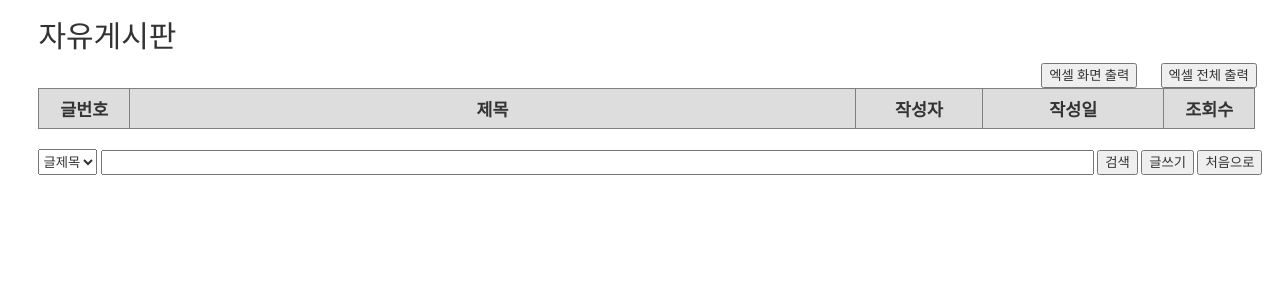
Repository: sser98/bowtech
Page: http://localhost/Board/WEB-INF/views/tiles1/board/list.jsp
An editor plug-in stored every save of this project. The page is shown before and after a run of saves, followed by the edit.
The browser window is 1280 px wide. The pictures show the whole page.
The page is served by Tomcat 9. Nobody is signed in. Other server files are loaded and not shown. The template is opened directly, without the code that normally fills it, so the values that code supplies are empty.

Above is the page before, as saved 2021-03-09 07:05:48.

### Board/src/main/webapp/WEB-INF/views/tiles1/board/list.jsp
<%@ page language="java" contentType="text/html; charset=UTF-8"
    pageEncoding="UTF-8"%>

<%@ taglib prefix="c" uri="http://java.sun.com/jsp/jstl/core" %>
<%@ taglib prefix="fmt" uri="http://java.sun.com/jstl/fmt" %>
<%@ taglib prefix="fn" uri="http://java.sun.com/jsp/jstl/functions" %>
<% String ctxPath = request.getContextPath(); %>

  <script src="https://ajax.googleapis.com/ajax/libs/jquery/3.5.1/jquery.min.js"></script>
  <script src="https://maxcdn.bootstrapcdn.com/bootstrap/3.4.1/js/bootstrap.min.js"></script>
  <link rel="stylesheet" href="https://maxcdn.bootstrapcdn.com/bootstrap/3.4.1/css/bootstrap.min.css">

<style type="text/css">

	* {
		font-family: "제주고딕";
		font-size: 10pt;
	}

	th {
		font-size: 13pt;
	}

	td {
		font-family: "제주고딕";
		font-size: 10pt;
	}

   table, th, td {border: solid 1px gray;}


    #table {width: 98%; border-collapse: collapse;}
    #table th, #table td {padding: 5px;}
    #table th {background-color: #DDD;}
    .subjectStyle {font-weight: bold;
                   color: navy;
                   cursor: pointer;}


    #searchWord {
    	width: 80%;
    }

    tr {
    	height: 30pt;
    }

    div#mycontent {
	    min-height: 600px;
	    padding-top: 20px;
    }

</style>

<script type="text/javascript">

   $(document).ready(function(){


      $("span.subject").bind("mouseover", function(event){
         var $target = $(event.target);
         $target.addClass("subjectStyle");

      });


      $("span.subject").bind("mouseout", function(event){
         var $target = $(event.target);
         $target.removeClass("subjectStyle");
      });


      $("input#searchWord").keyup(function(event){
         if(event.keyCode == 13) {
            // 엔터를 했을 경우
            goSearch();
         }

      });

      $("div#displayList").hide();

     // === #107. 검색어 입력시 자동글 완성하기 2 === //
      $("div#displayList").hide();
      $("input#searchWord").keyup(function(){

         var wordLength = $(this).val().length;
         // 검색어의 길이를 알아온다.

         if(wordLength == 0) {
            $("div#displayList").hide();
            // 검색어 입력후 백스페이스키를 눌러서 검색어를 모두 지우면 검색된 내용이 안 나오도록 해야 한다.
         }

         else {
            $.ajax({
               url:"<%= request.getContextPath()%>/wordSearchShow.action",
               type:"GET",
               data:{"searchType":$("select#searchType").val()
                   ,"searchWord":$("input#searchWord").val()},
               dataType:"JSON",
               success:function(json){
                  // === #112. 검색어 입력시 자동글 완성하기 7 === //
                  if(json.length > 0) {
                     // 검색된 데이터가 있는 경우임.

                     var html = "";

                     $.each(json, function(index, item){
                        var word = item.word;
                        var index = word.toLowerCase().indexOf($("input#searchWord").val().toLowerCase());
                        var len = $("input#searchWord").val().length;
                        var result = "<span style='color:blue;'>"+word.substr(0, index)+"</span><span style='color:red;'>"+word.substr(index, len)+"</span><span style='color:blue;'>"+word.substr(index+len)+"</span>";
                        html += "<span style='cursor:pointer;' class='result'>"+result+"</span><br>";
                     });

                     $("div#displayList").html(html);
                     $("div#displayList").show();

                  }
               },

               error: function(request, status, error){
                  alert("code: "+request.status+"\n"+"message: "+request.responseText+"\n"+"error: "+error);
                }
            });
         }

      });// end of $("input#searchWord").keyup()-----------------


     // === #113. 검색어 입력시 자동글 완성하기 8 === //
      $(document).on("click",".result",function(){
         var word = $(this).text();
         $("input#searchWord").val(word); // 텍스트박스에 검색된 결과의 문자열을 입력해준다.
         $("div#displayList").hide();
         goSearch();
      });



      // 검색시 검색조건 및 검색어 값 유지시키기
      if( ${not empty paraMap} ) {  // 또는 if( ${paraMap != null} ) {
         $("select#searchType").val("${paraMap.searchType}");
         $("input#searchWord").val("${paraMap.searchWord}");
      }




	   ///// === Excel 파일로 다운받기 시작 === /////
	   $("button#btnAllExcel").click(function(){


		   alert("AllExcel을 클릭 하였습니다.");
		   var frm = document.searchFrm;
		   frm.method = "POST";
		   frm.action = "<%= request.getContextPath()%>/downloadExcelFile.action";
		   frm.submit();
	   });

	   ///// === Excel 파일로 다운받기 끝 === /////

	   ///// === Excel 파일로 다운받기 시작 === /////
	   $("button#btnPageExcel").click(function(){

		   $("input#downLoadType").val("Y");
		   alert("PageExcel을 클릭 하였습니다.");
		   var frm = document.searchFrm;
		   frm.method = "POST";
		   frm.action = "<%= request.getContextPath()%>/downloadExcelFile.action";
		   frm.submit();

		   $("input#downLoadType").val("");
	   });

	   ///// === Excel 파일로 다운받기 끝 === /////

   });// end of $(document).ready(function(){})-------------------


   function goView(seq) {

      // === #124. 페이징 처리되어진 후 특정 글제목을 클릭하여 상세내용을 본 이후
      //           사용자가 목록보기 버튼을 클릭했을때 돌아갈 페이지를 알려주기 위해
      //           현재 페이지 주소를 뷰단으로 넘겨준다.
      var frm = document.goViewFrm;
      frm.seq.value = seq;

      var word=$("input#searchWord").val();
      var type=$("select#searchType").val();

      $("input[name=type]").val(type);
      $("input[name=word]").val(word);

      frm.method = "GET";
      frm.action = "<%= ctxPath%>/view.action";
      frm.submit();

   }// end of function goView(seq){}----------------------------------------------


   function goSearch() {
      var frm = document.searchFrm;
      frm.method = "GET";
      frm.action = "<%= request.getContextPath()%>/list.action";
      frm.submit();
   }// end of function goSearch() {}-----------------------


   function Write() {

	   location.href="<%=ctxPath%>/add.action";
   }


   function list() {

	   location.href="<%=ctxPath%>/list.action";
   }








</script>


<div style="padding-left: 3%;">
   <h2 style="margin-top: 20px;">자유게시판</h2>
   	<button id="btnAllExcel" style="float: right; margin-right: 17.4pt;">엑셀 전체 출력</button>
   	<button id="btnPageExcel" style="float: right; margin-right: 17.4pt;">엑셀 화면 출력</button>
   <table id="table">

      <tr>
         <th class="number" style="width: 50px;  text-align: center;">글번호</th>
         <th class="title"  style="width: 400px; text-align: center;">제목</th>
         <th class="author" style="width: 70px;  text-align: center;">작성자</th>
         <th class="registerdate" style="width: 100px; text-align: center;">작성일</th>
         <th class="viewcount" style="width: 50px;  text-align: center;">조회수</th>
      </tr>



      <c:forEach var="boardvo" items="${boardList}" varStatus="i">

	      <c:set var="subjectVal" value="${boardvo.subject}"/>
	      <c:set var="date" value="${boardvo.regDate}"/>
	      <c:set var="status" value="${boardvo.status}"/>
	      <c:set var="m" value="${i.index}"/>
	      <c:set var="num" value="${number-m}"/>

        <%-- === 글이 삭제된 경우 === --%>
        <c:choose>
	        <c:when test="${boardvo.status == 0}">
	        	<tr>
            	<td align="center">${num}</td>
	          	<td align="left">

	               <%-- 답변글이 아닌 원글인 경우 --%>
	               <c:if test="${boardvo.depthno == 0}">
							<span class="subject" style="color: gray;">작성자에 의해 삭제된 글입니다.</span>
	               </c:if>

	               <%-- 답변글인 경우 --%>
	               <c:if test="${boardvo.depthno > 0}">
	                  <span class="subject" style="color: gray;"><span style=" font-style: italic; padding-left: ${boardvo.depthno * 20}px;">└Re&nbsp;</span>작성자에 의해 삭제된 글입니다.</span>
	               </c:if>
	            </td>

	             <%-- === 댓글쓰기 및 답변형 및 파일첨부가 있는 게시판 끝 === --%>
			     <td align="center"><c:out value="${boardvo.name}"></c:out></td>
			     <td align="center">${fn:substring(date,0,10)}</td>
			     <td align="center">${boardvo.readCount}</td>
			  </tr>
	      	 </c:when>

	      	 <c:otherwise>
	      		<tr>
            	<td align="center">${num}</td>
	          	<td align="left">

			          <%-- === 댓글쓰기 및 답변형 및 파일첨부가 있는 게시판 시작 === --%>

			          <%-- 첨부파일이 없는 경우 --%>
			          <c:if test="${boardvo.fileName eq '0'}">
			               <%-- 답변글이 아닌 원글인 경우 --%>
			               <c:if test="${boardvo.depthno == 0}">
			                  <c:if test="${boardvo.commentCount > 0}">
									<span class="subject" onclick="goView('${boardvo.seq}')"><c:out value="${subjectVal}"></c:out><span style="vertical-align: super;">[<span style="color: red; font-size: 9pt; font-style: italic; font-weight: bold;">${boardvo.commentCount}</span>]</span> </span>
			                  </c:if>

			                  <c:if test="${boardvo.commentCount == 0}">

			                  	<c:choose>
			                  	<c:when test="${fn:length(subjectVal) > 60}">
			                  		<span class="subject" onclick="goView('${boardvo.seq}')"><c:out value=" ${fn:substring(subjectVal,0,60)}..."></c:out> </span>
			                  	</c:when>

			                  	<c:otherwise>
			                  		<span class="subject" onclick="goView('${boardvo.seq}')"><c:out value="${boardvo.subject}"></c:out></span>
			                  	</c:otherwise>
			                  	</c:choose>
			                </c:if>
			          </c:if>


			               <%-- 답변글인 경우 --%>
			               <c:if test="${boardvo.depthno > 0}">

			                  <c:if test="${boardvo.commentCount > 0}">
			                  <span class="subject" onclick="goView('${boardvo.seq}')"><span style="color: red; font-style: italic; padding-left: ${boardvo.depthno * 20}px;">└Re&nbsp;</span>${boardvo.subject} <span style="vertical-align: super;">[<span style="color: red; font-size: 9pt; font-style: italic; font-weight: bold;">${boardvo.commentCount}</span>]</span> </span>
			                  </c:if>

			                  <c:if test="${boardvo.commentCount == 0}">
			                  <span class="subject" onclick="goView('${boardvo.seq}')"><span style="color: red; font-style: italic; padding-left: ${boardvo.depthno * 20}px;">└Re&nbsp;</span>${boardvo.subject}</span>
			                  </c:if>
			               </c:if>
			          </c:if>


			          <%-- 첨부파일이 있는 경우 --%>
			          <c:if test="${boardvo.fileName ne '0'}">

			               <%-- 답변글이 아닌 원글인 경우 --%>
			               <c:if test="${boardvo.depthno == 0}">

			                  <c:if test="${boardvo.commentCount > 0}">

			                  <span class="subject" onclick="goView('${boardvo.seq}')">${boardvo.subject} <span style="vertical-align: super;">[<span style="color: red; font-size: 9pt; font-style: italic; font-weight: bold;">${boardvo.commentCount}</span>]</span> </span> &nbsp;<img src="<%= request.getContextPath()%>/resources/images/disk.gif" />
			                  </c:if>
			                  <c:if test="${boardvo.commentCount == 0}">
			                  <span class="subject" onclick="goView('${boardvo.seq}')">${boardvo.subject}</span> &nbsp;<img src="<%= request.getContextPath()%>/resources/images/disk.gif" />
			                  </c:if>
			               </c:if>

			               <%-- 답변글인 경우 --%>
			               <c:if test="${boardvo.depthno > 0}">
			                  <c:if test="${boardvo.commentCount > 0}">
			                  <span class="subject" onclick="goView('${boardvo.seq}')"><span style="color: red; font-style: italic; padding-left: ${boardvo.depthno * 20}px;">└Re&nbsp;</span>${boardvo.subject} <span style="vertical-align: super;">[<span style="color: red; font-size: 9pt; font-style: italic; font-weight: bold;">${boardvo.commentCount}</span>]</span> </span> &nbsp;<img src="<%= request.getContextPath()%>/resources/images/disk.gif" />
			                  </c:if>

			                  <c:if test="${boardvo.commentCount == 0}">
			                  <span class="subject" onclick="goView('${boardvo.seq}')"><span style="color: red; font-style: italic; padding-left: ${boardvo.depthno * 20}px;">└Re&nbsp;</span>${boardvo.subject}</span> &nbsp;<img src="<%= request.getContextPath()%>/resources/images/disk.gif" />
			                  </c:if>
			               </c:if>
			          </c:if>


			     </td>
			     		<%-- === 댓글쓰기 및 답변형 및 파일첨부가 있는 게시판 끝 === --%>
			            <td align="center"><c:out value="${boardvo.name}"></c:out></td>
			            <td align="center">${fn:substring(date,0,10)}</td>
			            <td align="center">${boardvo.readCount}</td>
			  </tr>
			 </c:otherwise>
      	</c:choose>
      </c:forEach>
   </table>

   <%-- === #122. 페이지바 보여주기 === --%>
   <div align="center" style="width: 70%; border: solid 0px gray; margin: 20px auto;">
      ${pageBar}
   </div>


   <%-- ~~~~~~~~~~~~~~~~~~~~~~~~~~~~~~~~~~~~~~~~~~~~~~~~~~~
             페이징 처리되어진 후 특정 글제목을 클릭하여 상세내용을 본 이후
        사용자가 목록보기 버튼을 클릭했을때 돌아갈 페이지를 알려주기 위해
        현재 페이지 주소를 뷰단으로 넘겨준다. --%>

   <form name="goViewFrm">
      <input type="hidden" name="seq" />
      <input type="hidden" name="gobackURL" style="width: 100%;" value="${gobackURL}"/>
   </form>

   <%-- === #101. 글검색 폼 추가하기 : 글제목, 글쓴이로 검색을 하도록 한다. === --%>
   <form name="searchFrm" title="검색유형" style="margin-bottom: 20px;">
      <select name="searchType" id="searchType" style="height: 26px;">
         <option value="subject" title="글제목" selected>글제목</option>
         <option value="name" title="글쓴이" >글쓴이</option>
      </select>
      <input type="text" title="검색어 입력" name="searchWord" id="searchWord" size="40" autocomplete="off" />
      <input type="hidden" name="downLoadType" id="downLoadType"/>
      <button type="button" title="검색" onclick="goSearch();">검색</button>
      <button type="button" title="글쓰기 " onclick="Write();" >글쓰기</button>
      <button type="button" title="처음으로" onclick="list();" >처음으로</button>
   </form>

   <%-- === #106. 검색어 입력시 자동글 완성하기 1 === --%>
   <div id="displayList" style="border:solid 1px gray; border-top:0px; width:326px; height:100px; margin-left:70px; margin-top:-1px; overflow:auto;">
   </div>

</div>

After the next 2 saves:
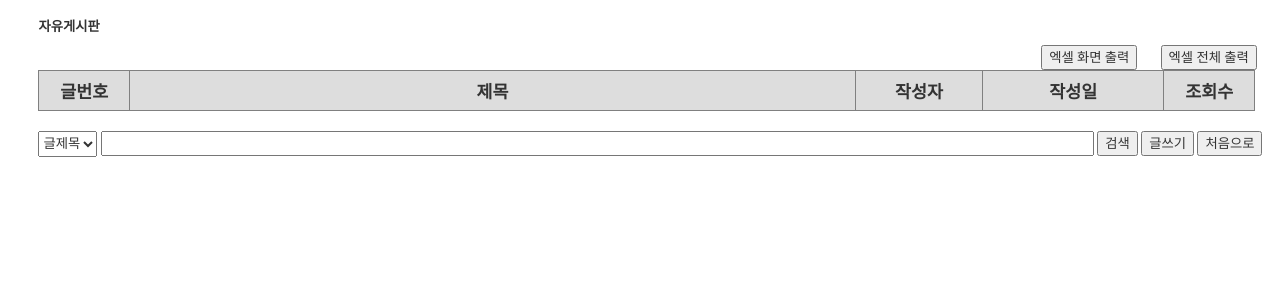
The 2 saves are shown as one change because they came seconds apart.
The last was saved 2 min 6 s later.
--- a/Board/src/main/webapp/WEB-INF/views/tiles1/board/list.jsp
+++ b/Board/src/main/webapp/WEB-INF/views/tiles1/board/list.jsp
@@ -230,7 +230,7 @@
 
 
 <div style="padding-left: 3%;">
-   <h2 style="margin-top: 20px;">자유게시판</h2>
+   <h2 style="margin-top: 20px;"> <strong>자유게시판</strong></h2>
    	<button id="btnAllExcel" style="float: right; margin-right: 17.4pt;">엑셀 전체 출력</button>
    	<button id="btnPageExcel" style="float: right; margin-right: 17.4pt;">엑셀 화면 출력</button>
    <table id="table">

After the 2 saves that followed:
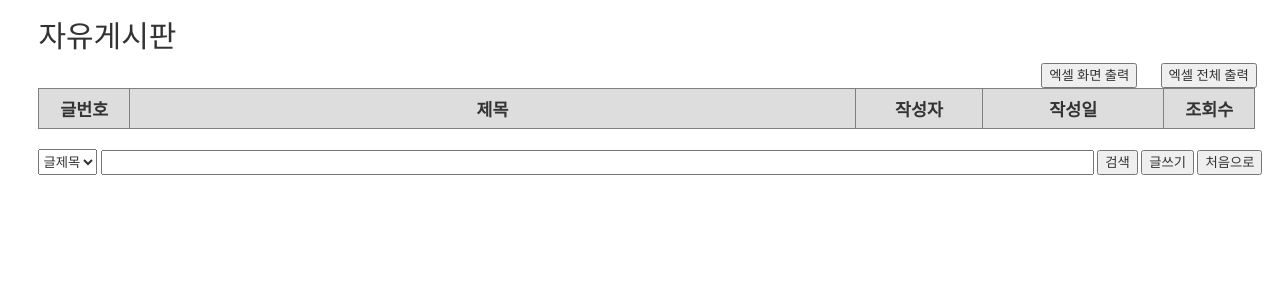
The 2 saves are shown as one change because 1 left the picture as it was.
The last was saved 31 s later.
--- a/Board/src/main/webapp/WEB-INF/views/tiles1/board/list.jsp
+++ b/Board/src/main/webapp/WEB-INF/views/tiles1/board/list.jsp
@@ -230,7 +230,7 @@
 
 
 <div style="padding-left: 3%;">
-   <h2 style="margin-top: 20px;"> <strong>자유게시판</strong></h2>
+   <h2 style="margin-top: 20px;">자유게시판</strong></h2>
    	<button id="btnAllExcel" style="float: right; margin-right: 17.4pt;">엑셀 전체 출력</button>
    	<button id="btnPageExcel" style="float: right; margin-right: 17.4pt;">엑셀 화면 출력</button>
    <table id="table">
